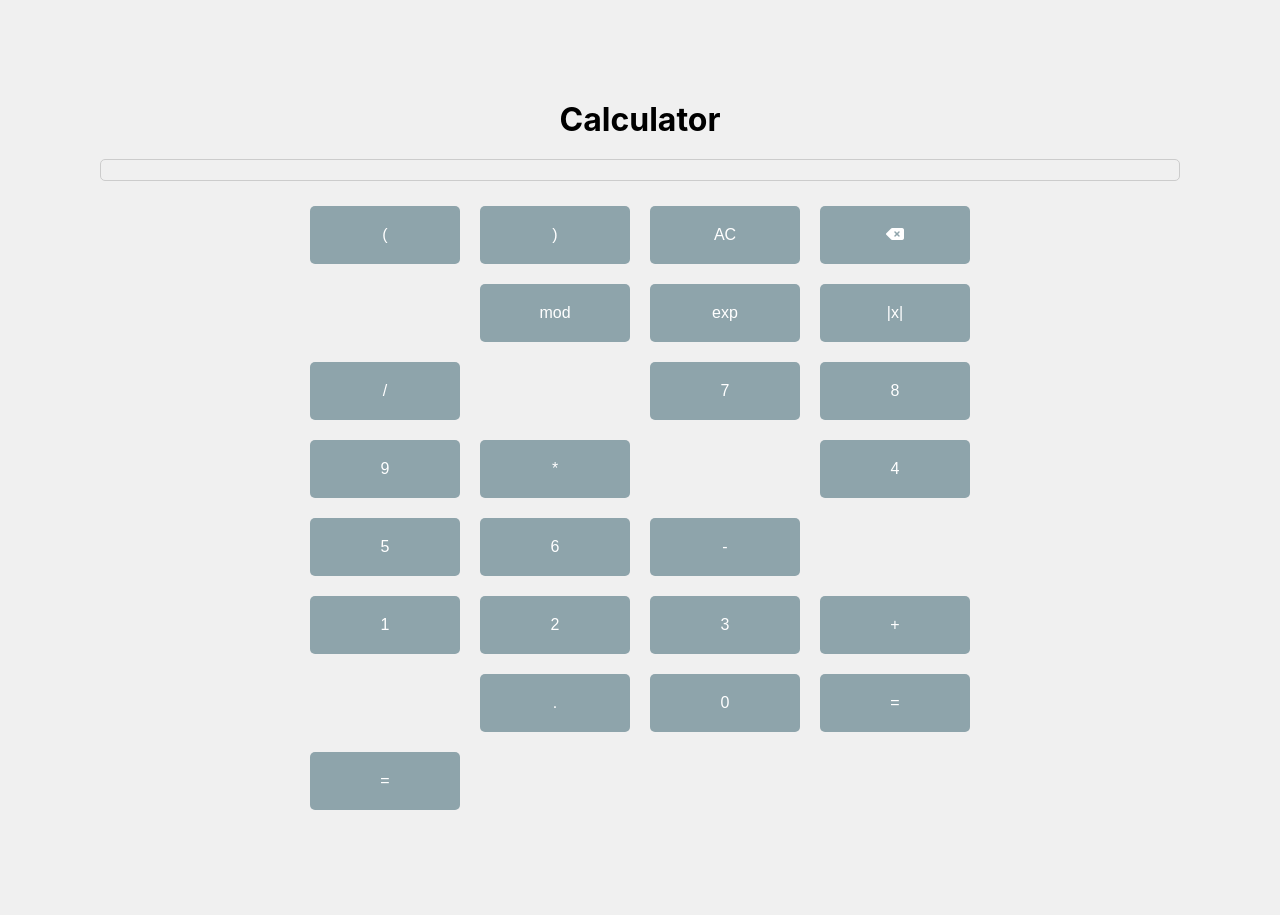
Repository: thesaherriaz/Calculator-React
Page: /
These files come from the project's save history. The page is drawn as it stood at one moment and after the next save; the edit follows.
The browser window is 1280 px wide. The pictures show the whole page.
The project was rebuilt for these pictures with package versions that can differ from the ones it lists, and the page was loaded fresh each time.

Above is the page before, as saved 2025-06-18 15:33:45.

### public/index.html
<!DOCTYPE html>
<html lang="en">
  <head>
    <meta charset="utf-8" />
    <link rel="icon" href="%PUBLIC_URL%/favicon.ico" />
    <meta name="viewport" content="width=device-width, initial-scale=1" />
    <meta name="theme-color" content="#000000" />
    <meta
      name="description"
      content="Web site created using create-react-app"
    />
    <link rel="apple-touch-icon" href="%PUBLIC_URL%/logo192.png" />
    <link rel="stylesheet" href="https://cdnjs.cloudflare.com/ajax/libs/font-awesome/6.0.0/css/all.min.css">
    <!--
      manifest.json provides metadata used when your web app is installed on a
      user's mobile device or desktop. See https://developers.google.com/web/fundamentals/web-app-manifest/
    -->
    <link rel="manifest" href="%PUBLIC_URL%/manifest.json" />
    <!--
      Notice the use of %PUBLIC_URL% in the tags above.
      It will be replaced with the URL of the `public` folder during the build.
      Only files inside the `public` folder can be referenced from the HTML.

      Unlike "/favicon.ico" or "favicon.ico", "%PUBLIC_URL%/favicon.ico" will
      work correctly both with client-side routing and a non-root public URL.
      Learn how to configure a non-root public URL by running `npm run build`.
    -->
    <title>React App</title>
  </head>
  <body>
    <noscript>You need to enable JavaScript to run this app.</noscript>
    <div id="root"></div>
    <!--
      This HTML file is a template.
      If you open it directly in the browser, you will see an empty page.

      You can add webfonts, meta tags, or analytics to this file.
      The build step will place the bundled scripts into the <body> tag.

      To begin the development, run `npm start` or `yarn start`.
      To create a production bundle, use `npm run build` or `yarn build`.
    -->
  </body>
</html>

### src/App.js
import React from 'react'
import Calculator from './compnents/Calculator'

function App() {
  return (
    <Calculator />
  )
}

export default App

### src/compnents/Calculator.jsx
import React from 'react'
import './Calculator.css'
import { useState } from 'react'

function Calculator() {
    const [input, setInput] = useState('');
    const [result, setResult] = useState('');
    const handleClick = (value) => {
        return () => {
            const input = document.getElementById('input');
            if (value === 'AC') {
                setInput('');
            } else if (value === 'DEL') {
                setInput(input.value.slice(0, -1));
            } else if (value === '=') {
                try {
                    setResult(eval(input));
                    setInput('');
                } catch (error) {
                    setInput('Error');
                }
            } else {
                setInput(input + value);
            }
        };
    }
  return (
    <>
        <div className="Calculator">
            <h1>Calculator</h1>
            <div className="input">{input}</div>
            <div className="result">{result}</div>
            <div className="buttons">
                <button className='btn-cal'onClick={handleClick('(')}>(</button>
                <button className='btn-cal'onClick={handleClick(')')}>)</button>
                <button className='btn-cal'onClick={handleClick('AC')}>AC</button>
                <button className='btn-cal'onClick={handleClick('DEL')}><i class="fa-solid fa-delete-left"></i></button> <br />
                <button className='btn-cal'onClick={handleClick('mod')}>mod</button>
                <button className='btn-cal'onClick={handleClick('exp')}>exp</button>
                <button className='btn-cal'onClick={handleClick('|x|')}>|x|</button>
                <button className='btn-cal'onClick={handleClick('/')}>/</button> <br />
                <button className='btn-cal'onClick={handleClick('7')}>7</button>
                <button className='btn-cal'onClick={handleClick('8')}>8</button>
                <button className='btn-cal'onClick={handleClick('9')}>9</button>
                <button className='btn-cal'onClick={handleClick('*')}>*</button> <br />
                <button className='btn-cal'onClick={handleClick('4')}>4</button>
                <button className='btn-cal'onClick={handleClick('5')}>5</button>
                <button className='btn-cal'onClick={handleClick('6')}>6</button>
                <button className='btn-cal'onClick={handleClick('-')}>-</button> <br />
                <button className='btn-cal'onClick={handleClick('1')}>1</button>
                <button className='btn-cal'onClick={handleClick('2')}>2</button>
                <button className='btn-cal'onClick={handleClick('3')}>3</button>
                <button className='btn-cal'onClick={handleClick('+')}>+</button> <br />
                <button className='btn-cal'onClick={handleClick('.')}>.</button>
                <button className='btn-cal'onClick={handleClick('0')}>0</button>
                <button className='btn-cal'onClick={handleClick('=')}>=</button>
                <button className='btn-cal'onClick={handleClick('=')}>=</button>
            </div>
        </div>
    </>
  )
}

export default Calculator

### src/compnents/Calculator.css
*{
    box-sizing: border-box;
    margin: 0;
    padding: 0;

}
.Calculator {
  display: flex;
  flex-direction: column;
  align-items: center;
  justify-content: center;
  /* height: 100vh; */
  background-color: #f0f0f0;
  padding: 100px;
}
.buttons {
  display: grid;
  grid-template-columns: repeat(4, 1fr);
  gap: 10px;
}
.btn-cal{
  background-color: #8ea4ab;
  width: 150px;
  color: white;
  border: none;
  padding: 20px;
  font-size: 16px;
  cursor: pointer;
  border-radius: 5px;
  margin: 5px;
  transition: background-color 0.3s ease;
}

.input {
  width: 100%;
  padding: 10px;
  font-size: 16px;
  border: 1px solid #ccc;
  border-radius: 5px;
  margin: 20px;
}

Loaded but not shown: src/index.js (common file); src/index.css (common file); src/reportWebVitals.js (common file)

After the next save:
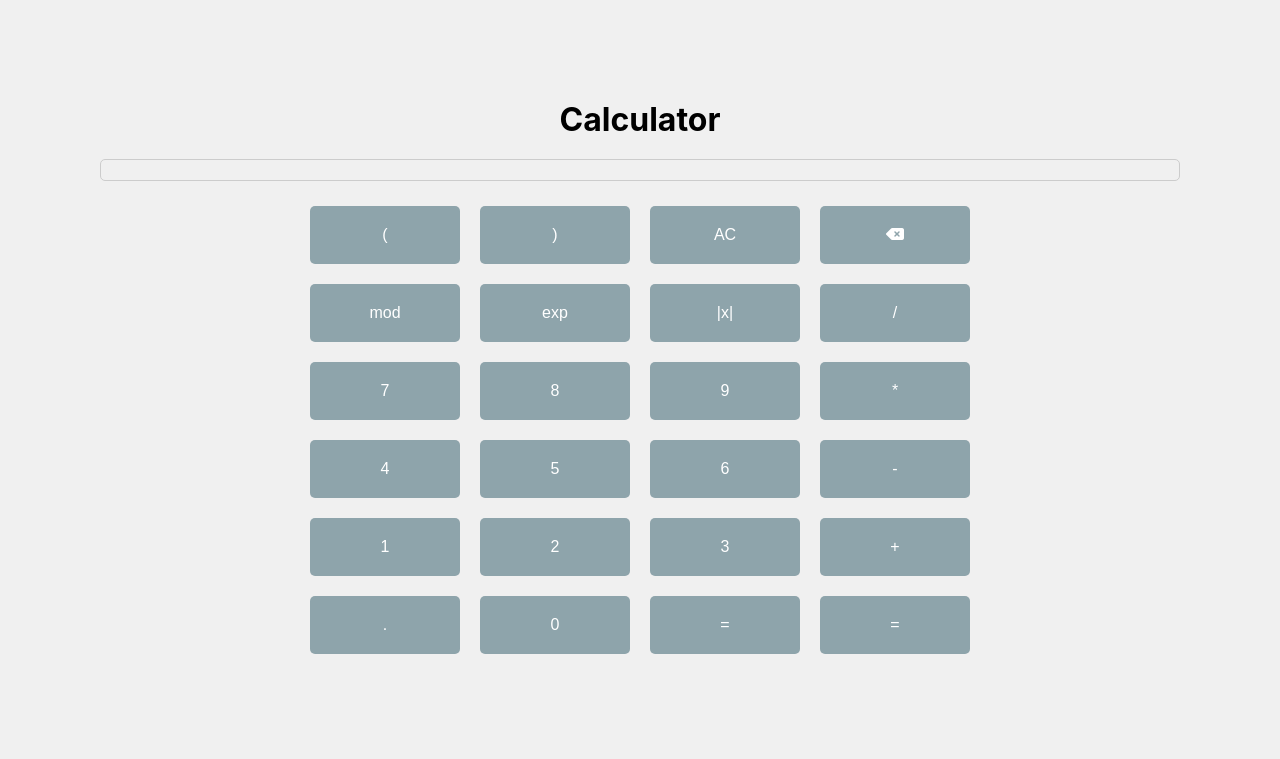
Saved 14 s later.
--- a/src/compnents/Calculator.jsx
+++ b/src/compnents/Calculator.jsx
@@ -34,23 +34,23 @@ function Calculator() {
                 <button className='btn-cal'onClick={handleClick('(')}>(</button>
                 <button className='btn-cal'onClick={handleClick(')')}>)</button>
                 <button className='btn-cal'onClick={handleClick('AC')}>AC</button>
-                <button className='btn-cal'onClick={handleClick('DEL')}><i class="fa-solid fa-delete-left"></i></button> <br />
+                <button className='btn-cal'onClick={handleClick('DEL')}><i class="fa-solid fa-delete-left"></i></button>
                 <button className='btn-cal'onClick={handleClick('mod')}>mod</button>
                 <button className='btn-cal'onClick={handleClick('exp')}>exp</button>
                 <button className='btn-cal'onClick={handleClick('|x|')}>|x|</button>
-                <button className='btn-cal'onClick={handleClick('/')}>/</button> <br />
+                <button className='btn-cal'onClick={handleClick('/')}>/</button>
                 <button className='btn-cal'onClick={handleClick('7')}>7</button>
                 <button className='btn-cal'onClick={handleClick('8')}>8</button>
                 <button className='btn-cal'onClick={handleClick('9')}>9</button>
-                <button className='btn-cal'onClick={handleClick('*')}>*</button> <br />
+                <button className='btn-cal'onClick={handleClick('*')}>*</button>
                 <button className='btn-cal'onClick={handleClick('4')}>4</button>
                 <button className='btn-cal'onClick={handleClick('5')}>5</button>
                 <button className='btn-cal'onClick={handleClick('6')}>6</button>
-                <button className='btn-cal'onClick={handleClick('-')}>-</button> <br />
+                <button className='btn-cal'onClick={handleClick('-')}>-</button>
                 <button className='btn-cal'onClick={handleClick('1')}>1</button>
                 <button className='btn-cal'onClick={handleClick('2')}>2</button>
                 <button className='btn-cal'onClick={handleClick('3')}>3</button>
-                <button className='btn-cal'onClick={handleClick('+')}>+</button> <br />
+                <button className='btn-cal'onClick={handleClick('+')}>+</button>
                 <button className='btn-cal'onClick={handleClick('.')}>.</button>
                 <button className='btn-cal'onClick={handleClick('0')}>0</button>
                 <button className='btn-cal'onClick={handleClick('=')}>=</button>
